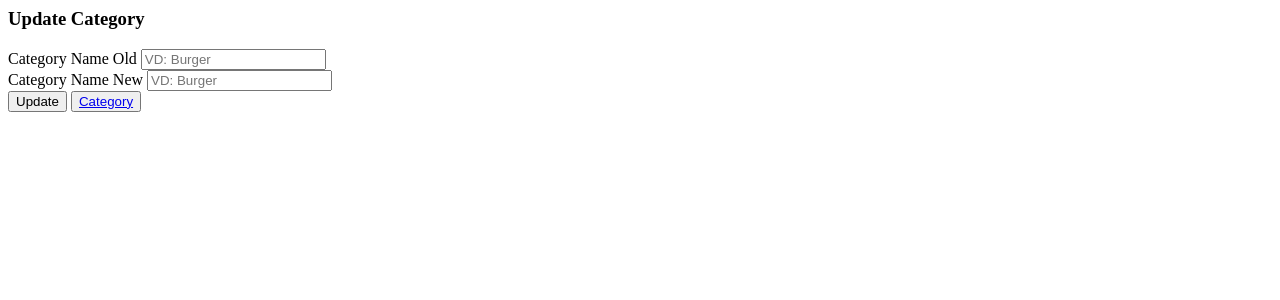
Repository: QunDev/du_an
Page: http://localhost/admin/categories/updateCategory.php
An editor plug-in stored every save of this project. The page is shown before and after the next save, followed by the edit.
The browser window is 1280 px wide. The pictures show the whole page.
The page is run by PHP 8.4 with error messages shown; the project is at /var/www/html/.

Above is the page before, as saved 2023-11-23 12:03:46.

After the next save:
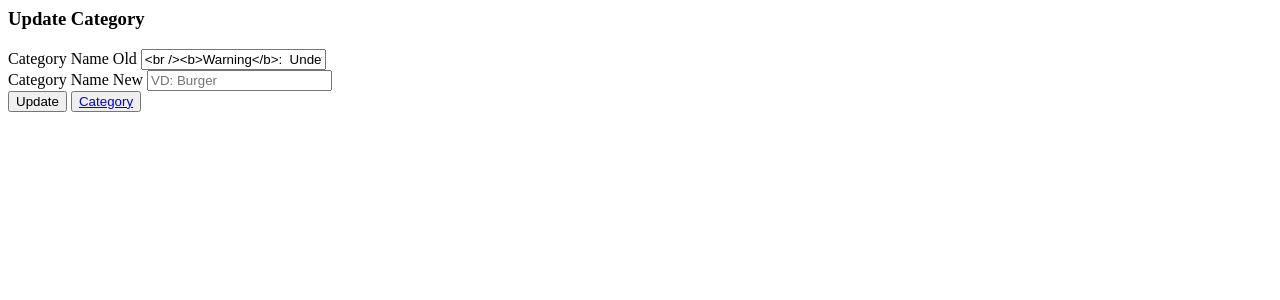
Saved 57 s later.
--- a/admin/categories/updateCategory.php
+++ b/admin/categories/updateCategory.php
@@ -19,7 +19,7 @@
             type="text"
             placeholder="VD: Burger"
             class="form-control"
-            value="<?php if (isset($name) && $name != "") echo $name ?>"
+            value="<?php echo $categoryName ?>"
             readonly
             title="Read Only"
           />
